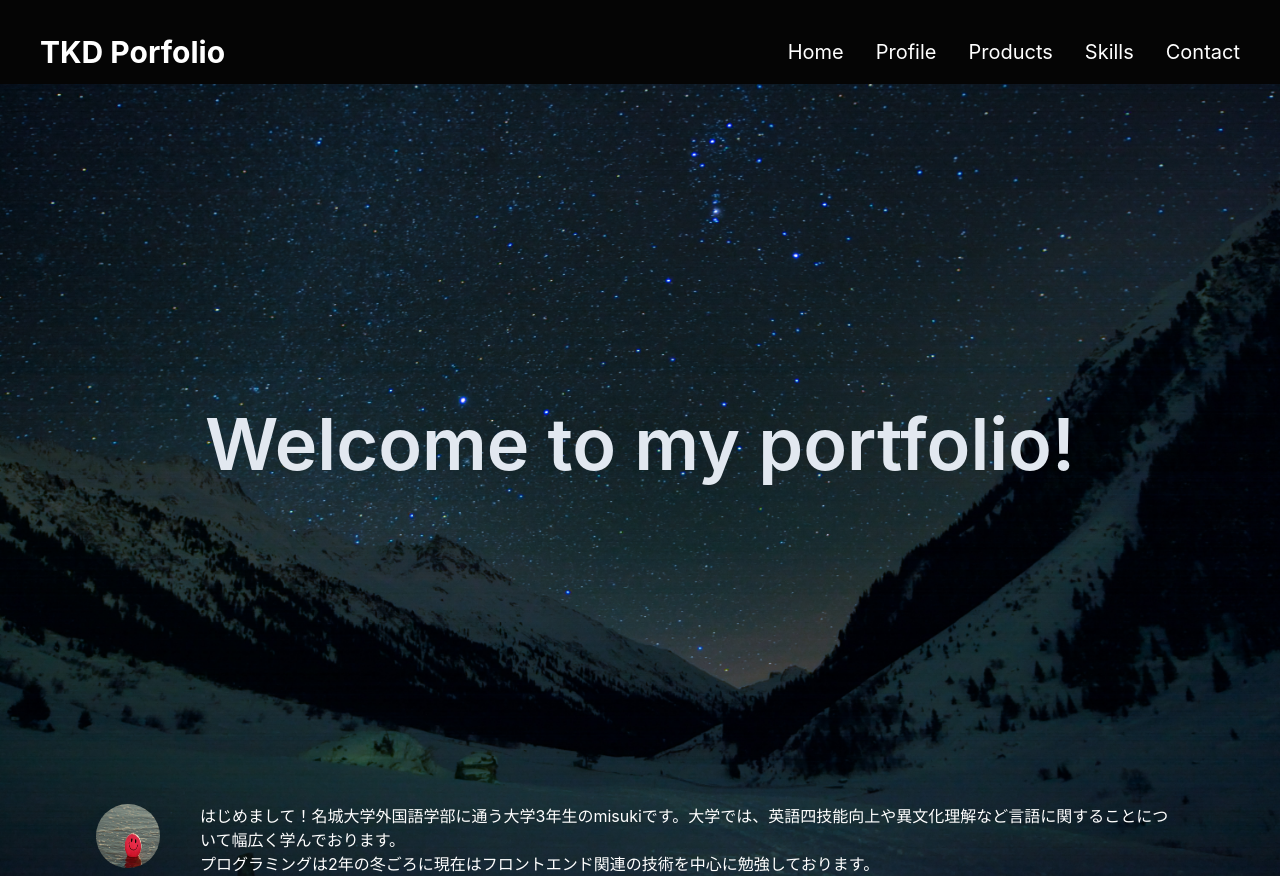
Repository: MitukiTakada/todo-aplication
Page: / (app in design/dev/react-tailwind/react-tailwind/)
The author's editor kept a copy of each file at every save. The page is drawn from the files as they stood at one save, then again after the next save.
The browser window is 1280 px wide. The pictures show the whole page.
The project was rebuilt for these pictures with package versions that can differ from the ones it lists, and the page was loaded fresh each time. Also part of the build but not shown: design/dev/react-tailwind/react-tailwind/src/components/Contact.jsx, design/dev/react-tailwind/react-tailwind/src/components/Products.jsx, design/dev/react-tailwind/react-tailwind/src/components/Profile.jsx, design/dev/react-tailwind/react-tailwind/src/components/Skills.jsx.

Above is the page before, as saved 2022-11-19 14:53:21.

### design/dev/react-tailwind/react-tailwind/public/index.html
<!DOCTYPE html>
<html lang="en">
  <head>
    <meta charset="utf-8" />
    <link rel="icon" href="%PUBLIC_URL%/favicon.ico" />
    <meta name="viewport" content="width=device-width, initial-scale=1" />
    <meta name="theme-color" content="#000000" />
    <meta
      name="description"
      content="Web site created using create-react-app"
    />
    <link rel="apple-touch-icon" href="%PUBLIC_URL%/logo192.png" />
    <link rel ="stylesheet" href="https://cdnjs.cloudflare.com/ajax/libs/font-awesome/5.15.3/css/all.min.css">
    <!--
      manifest.json provides metadata used when your web app is installed on a
      user's mobile device or desktop. See https://developers.google.com/web/fundamentals/web-app-manifest/
    -->
    <link rel="manifest" href="%PUBLIC_URL%/manifest.json" />
    <!--
      Notice the use of %PUBLIC_URL% in the tags above.
      It will be replaced with the URL of the `public` folder during the build.
      Only files inside the `public` folder can be referenced from the HTML.

      Unlike "/favicon.ico" or "favicon.ico", "%PUBLIC_URL%/favicon.ico" will
      work correctly both with client-side routing and a non-root public URL.
      Learn how to configure a non-root public URL by running `npm run build`.
    -->
    <title>React App</title>
  </head>
  <body>
    <noscript>You need to enable JavaScript to run this app.</noscript>
    <div id="root"></div>
    <!--
      This HTML file is a template.
      If you open it directly in the browser, you will see an empty page.

      You can add webfonts, meta tags, or analytics to this file.
      The build step will place the bundled scripts into the <body> tag.

      To begin the development, run `npm start` or `yarn start`.
      To create a production bundle, use `npm run build` or `yarn build`.
    -->
  </body>
</html>

### design/dev/react-tailwind/react-tailwind/src/index.jsx
import React from 'react';
import ReactDOM from 'react-dom/client';
import './index.css';
import App from './App';
import reportWebVitals from './reportWebVitals';
import { BrowserRouter } from 'react-router-dom';
import { ChakraProvider } from '@chakra-ui/provider';

const root = ReactDOM.createRoot(document.getElementById('root'));
root.render(
  <React.StrictMode>
    <BrowserRouter>
        <ChakraProvider>
          <App />
        </ChakraProvider>
    </BrowserRouter>
  </React.StrictMode>
);

// If you want to start measuring performance in your app, pass a function
// to log results (for example: reportWebVitals(console.log))
// or send to an analytics endpoint. Learn more: https://bit.ly/CRA-vitals
reportWebVitals();

### design/dev/react-tailwind/react-tailwind/src/App.jsx
import { BrowserRouter, Routes, Route } from "react-router-dom";
import Contact from "./components/Contact";
import Header from "./components/Header";
import Home from "./components/Home";
import Products from "./components/Products";
import Profile from "./components/Profile";
import Skills from "./components/Skills";


function App() {
  return (
    <div className=" bg-body  text-white w-full sm:px-0 pt-5">
     <Header />
      <Routes>
        <Route path="/" element={<Home />}/>
        <Route path="/prfole" element={<Profile />}/>
        <Route path="products" element={<Products />}/>
        <Route path="/skills" element={<Skills />}/>
        <Route path="/contact" element={<Contact />}/>
      </Routes>
    </div>
  );
}

export default App;

### design/dev/react-tailwind/react-tailwind/src/components/Header.jsx
import React from 'react'
import { Link } from 'react-router-dom'
import "./output.css"
import Hamburger from './atoms/Hamburger'

const Header = () => {
  return (
    <header className="container flex justify-between  w-full items-center mr-0 relative h-16 px-10">
      <div>
        <h2 className="text-2xl font-bold md:text-3xl">TKD Porfolio</h2>
      </div>
      <nav className="flex space-x-8 text-xl ml-8 items-center hidden md:block">
        <Link to={"/"} className="link">Home</Link>
        <Link to={"/profile"} className="link">Profile</Link>
        <Link to={"/products"} className="link">Products</Link>
        <Link to={"/skills"} className="link">Skills</Link>
        <Link to={"/contact"} className="link">Contact</Link>
      </nav>
      <Hamburger className="md:hidden absolute right-3"/>
    </header>
  )
}

export default Header

### design/dev/react-tailwind/react-tailwind/src/components/Home.jsx
import React from 'react'
import mainImage from "../images/main-image.jpeg"
import "./Home.css";
import userImage from "../images/user.jpg"

const Home = () => {
  return (
    <div className="home ">
      <div className="items-center ">
        <h1 className=" font-semibold text-3xl 100v text-center text-slate-200 lg:text-7xl md:text-5xl">Welcome to my portfolio!</h1>
      </div>
      <div className="flex mx-auto px-24 space-x-10">
        <img src={userImage} alt="" className="h-16 w-16 rounded-full"/>
        <p>
          はじめまして！名城大学外国語学部に通う大学3年生のmisukiです。大学では、英語四技能向上や異文化理解など言語に関することについて幅広く学んでおります。
          <br />
          プログラミングは2年の冬ごろに現在はフロントエンド関連の技術を中心に勉強しております。
        </p>
      </div>
    </div>
  )
}

export default Home

### design/dev/react-tailwind/react-tailwind/src/components/output.css
.link {
  @apply hover:text-purple-400 transition-all duration-300;
}
.drawer-link {
  @apply hover:text-purple-400 transition-all duration-300 text-xl block text-center my-3;
}
.contact-btn {
  @apply bg-purple-500 font-bold text-xl px-3 py-2 rounded border-none hover:bg-purple-800 duration-300 transition-all mt-10
}
.secondary-title {
  @apply text-3xl font-bold;
}
.secondary-title::before {
  content: "";
  @apply block w-12 h-2 bg-purple-400 rounded-full mb-1;
}

.section-paragraph {
  @apply text-secondary my-6 w-full max-w-3xl
}

.badge {
  @apply px-4 py-2 text-sm rounded bg-badge block
}

.send-btn {
  @apply bg-teal-400 font-bold text-xl px-3 py-2 rounded border-none hover:bg-teal-600 duration-300 transition-all mt-10
}

### design/dev/react-tailwind/react-tailwind/src/components/atoms/Hamburger.jsx
import React from 'react'
import {
  Drawer,
  DrawerBody,
  DrawerOverlay,
  DrawerContent,
  DrawerCloseButton,
  useDisclosure,
  Button
} from '@chakra-ui/react'
import { Link } from 'react-router-dom';
import { HamburgerIcon } from '@chakra-ui/icons';

const Hamburger = () => {
  const { isOpen, onOpen, onClose } = useDisclosure()
  return (
    <div className="md:hidden">
        <HamburgerIcon h={30} w={30} className="hover:text-purple-400 duration-300 transition-all cursor-pointer"
        onClick={onOpen}
        />
        <Drawer isOpen={isOpen} onClose={onClose} placement="left" size="xs">
          <DrawerOverlay>
            <DrawerContent>
              <DrawerBody className="w-2/5 bg-slate-200 h-full p-12">
                <div className="z-20 space-y-5 text-xl">
                  <Link to={"/"} className="link drawer-link">Home</Link>
                  <Link to={"/profile"} className="link drawer-link">Profile</Link>
                  <Link to={"/products"} className="link drawer-link">Products</Link>
                  <Link to={"/skills"} className="link drawer-link">Skills</Link>
                  <Link to={"/contact"} className="link drawer-link">Contact</Link>
                  <DrawerCloseButton className="text-white text-md  p-2 rounded mt-15 mx-auto bg-red-400 transition-all duration-300 hover:bg-red-700 ">閉じる</DrawerCloseButton>
                </div>
              </DrawerBody>
            </DrawerContent>
          </DrawerOverlay>
        </Drawer>
      </div>
  )
}

export default Hamburger

### design/dev/react-tailwind/react-tailwind/src/components/Home.css
.home {
  background-image: url(../images/mountain.jpeg);
  background-position: center;
  background-size: cover;
  height: 100%;
  width: 100%;
}

.home h1 {
  line-height: 100vh;
  align-items: center;
}

### design/dev/react-tailwind/react-tailwind/tailwind.config.js
/** @type {import('tailwindcss').Config} */
module.exports = {
  content: [
    "./src/**/*.{js,jsx,ts,tsx}",
  ],
  theme: {
    extend: {

      colors: {
        body: "#050505",
        secondary: "#9191A4",
        badge: "#3F3F51"
      },
      lineHeight: {
        "100v": "100vh"
      }
    },
  },
  plugins: [],
}

Loaded but not shown: design/dev/react-tailwind/react-tailwind/src/index.css (common file); design/dev/react-tailwind/react-tailwind/src/reportWebVitals.js (common file)

After the next save:
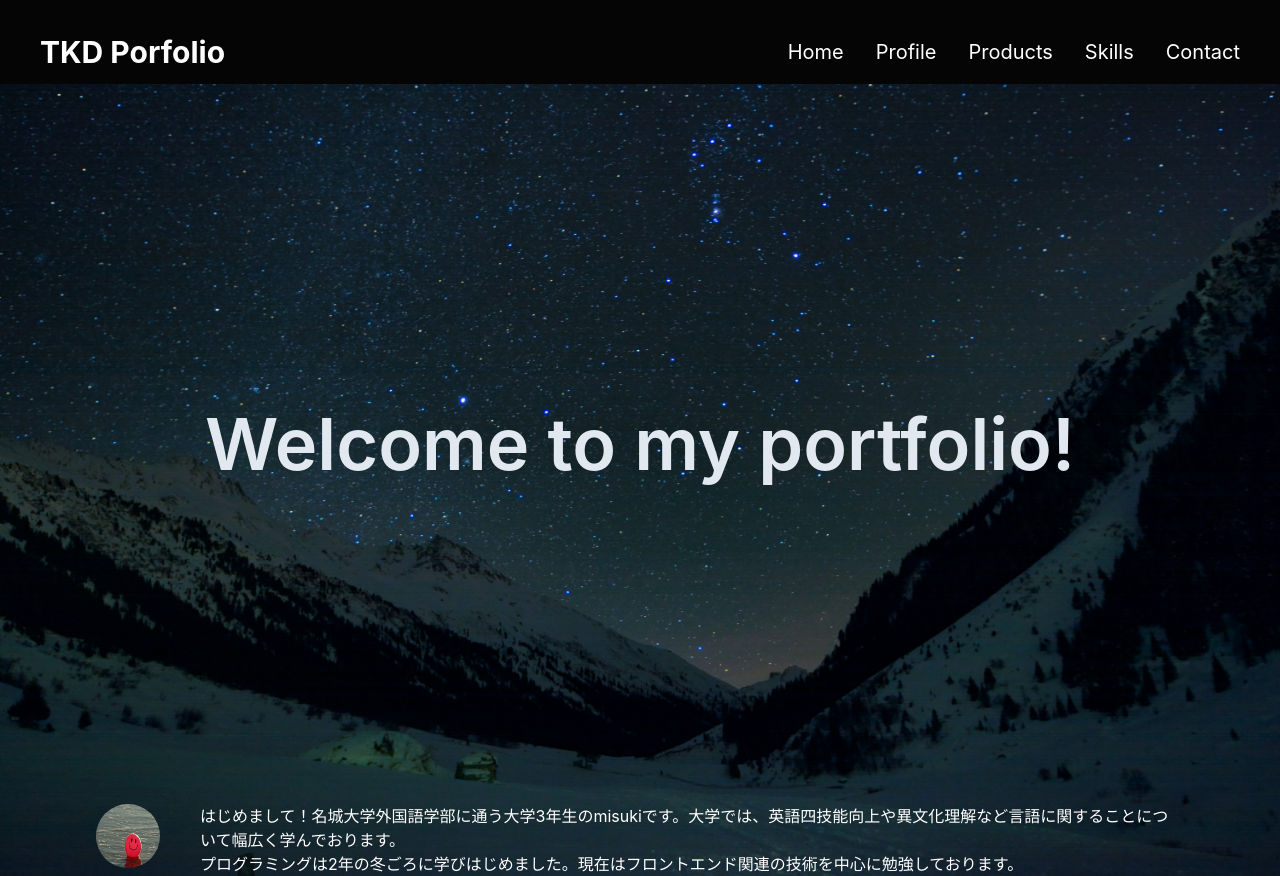
Saved 6 s later.
--- a/design/dev/react-tailwind/react-tailwind/src/components/Home.jsx
+++ b/design/dev/react-tailwind/react-tailwind/src/components/Home.jsx
@@ -14,7 +14,7 @@ const Home = () => {
         <p>
           はじめまして！名城大学外国語学部に通う大学3年生のmisukiです。大学では、英語四技能向上や異文化理解など言語に関することについて幅広く学んでおります。
           <br />
-          プログラミングは2年の冬ごろに現在はフロントエンド関連の技術を中心に勉強しております。
+          プログラミングは2年の冬ごろに学びはじめました。現在はフロントエンド関連の技術を中心に勉強しております。
         </p>
       </div>
     </div>
